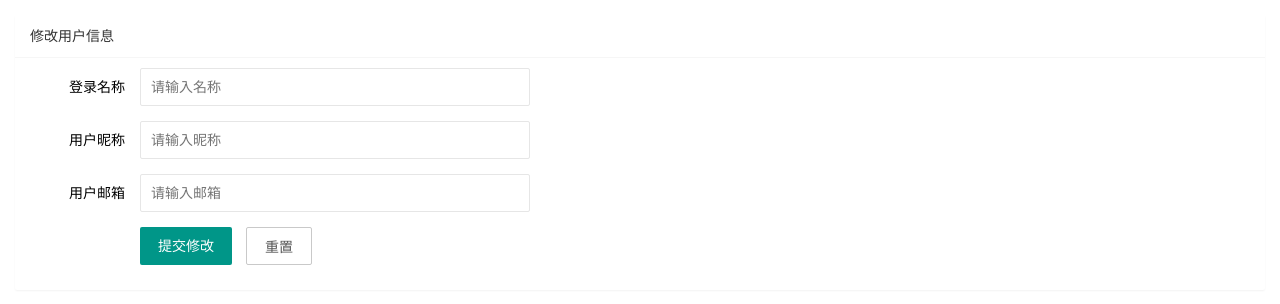
Repository: xxsleep/-
Page: home/user/user_pwd.html
The author's editor kept a copy of each file at every save. The page is drawn from the files as they stood at one save, then again after the next save.
The browser window is 1280 px wide. The pictures show the whole page.
The page's requests for data from a server got no answer.

Above is the page before, as saved 2020-11-25 16:57:12.
Console error: TypeError: Cannot read properties of undefined (reading 'status')

### home/user/user_pwd.html
<!DOCTYPE html>
<html lang="en">

<head>
    <meta charset="UTF-8">
    <meta name="viewport" content="width=device-width, initial-scale=1.0">
    <title>Document</title>
    <link rel="stylesheet" href="/assets/lib/layui/css/layui.css">
    <link rel="stylesheet" href="/assets/css/user/user.css">
</head>

<body>
    <div class="layui-card">
        <div class="layui-card-header">修改用户信息</div>
        <div class="layui-card-body">
            <form class="layui-form" lay-filter="form" id="smBtn">
                <div class="layui-form-item layui-hide">
                    <label class="layui-form-label">id</label>
                    <div class="layui-input-block">
                        <input type="text" name="id" required lay-verify="required" placeholder="请输入名称"
                            autocomplete="off" class="layui-input" readonly>
                    </div>
                </div>
                <div class="layui-form-item">
                    <label class="layui-form-label">登录名称</label>
                    <div class="layui-input-block">
                        <input type="text" name="username" required lay-verify="required" placeholder="请输入名称"
                            autocomplete="off" class="layui-input" readonly>
                    </div>
                </div>
                <div class="layui-form-item">
                    <label class="layui-form-label">用户昵称</label>
                    <div class="layui-input-block">
                        <input type="text" name="nickname" required lay-verify="required" placeholder="请输入昵称"
                            autocomplete="off" class="layui-input">
                    </div>
                </div>
                <div class="layui-form-item">
                    <label class="layui-form-label">用户邮箱</label>
                    <div class="layui-input-block">
                        <input type="text" name="email" required lay-verify="required" placeholder="请输入邮箱"
                            autocomplete="off" class="layui-input">
                    </div>
                </div>
                <div class="layui-form-item">
                    <div class="layui-input-block">
                        <button class="layui-btn" lay-submit lay-filter="formDemo">提交修改</button>
                        <button type="reset" class="layui-btn layui-btn-primary" id="reBtn">重置</button>
                    </div>
                </div>
            </form>
        </div>
    </div>
    <script src="/assets/lib/jquery.js"></script>
    <script src="/assets/js/ajaxBase.js"></script>
    <script src="/assets/lib/layui/layui.all.js"></script>
    <script src="/assets/js/user/user.js"></script>
</body>

</html>

### assets/css/user/user.css
* {
    margin: 0;
    padding: 0;
}

body {
    padding: 15px;
}

.layui-form {
    width: 500px;
}

### assets/js/ajaxBase.js
$.ajaxPrefilter(function (options) {
    // 在每次jQ发送ajax请求前会执行该函数，通过该函数的形参options可以获取到每次ajax的配置项
    // 来修改每次请求的配置项
    options.url = "http://ajax.frontend.itheima.net" + options.url;

    if (options.url.indexOf("/my/") !== -1) {
        // 有 /my/ ==>  需要在请求头中携带 Authorization 身份认证字段
        options.headers = {
            Authorization: localStorage.getItem("token"),
        };
    }

    options.complete = function (xhr) {
        if (xhr.responseJSON.status !== 0 && xhr.responseJSON.message !== '获取用户基本信息成功') {
            localStorage.removeItem('token')
            location.href = '/home/login.html'
        }
    }





});

### assets/js/user/user.js
$(function () {
    let form = layui.form

    function getUser() {
        $.ajax({
            url: '/my/userinfo',
            success: function (res) {
                if (res.status !== 0) {
                    return layer.msg("获取用户基本信息失败！");
                }
                form.val('form', res.data)
            }
        })
    }
    getUser()

    $('#reBtn').click(function (e) {
        e.preventDefault()
        getUser()
    })


    $('#smBtn').submit(function (e) {
        e.preventDefault()
        let data = form.val("form")
        console.log(data);
        $.ajax({
            type: 'POST',
            url: '/my/userinfo',
            data: data,
            success: function (res) {
                if (res.status !== 0) {
                    return lay.msg("修改用户信息失败！")
                }
                getUser()
                window.parent.getIndex()
            }
        })
    })
})

Loaded but not shown: assets/lib/layui/css/layui.css (library); assets/lib/jquery.js (library); assets/lib/layui/layui.all.js (library); assets/lib/layui/css/modules/laydate/default/laydate.css (library); assets/lib/layui/css/modules/layer/default/layer.css (library); assets/lib/layui/css/modules/code.css (common file); assets/css/user/user_pwd.css (no stored copy; drawn as an empty file)

After the next save:
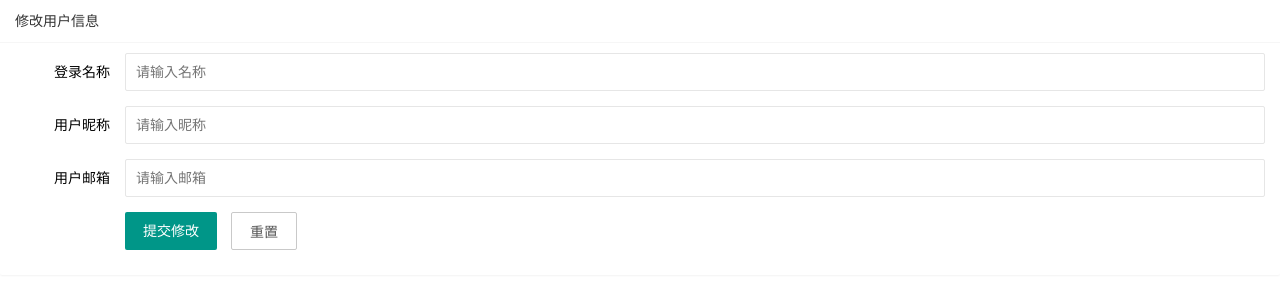
Saved 4 s later.
--- a/home/user/user_pwd.html
+++ b/home/user/user_pwd.html
@@ -6,7 +6,7 @@
     <meta name="viewport" content="width=device-width, initial-scale=1.0">
     <title>Document</title>
     <link rel="stylesheet" href="/assets/lib/layui/css/layui.css">
-    <link rel="stylesheet" href="/assets/css/user/user.css">
+    <link rel="stylesheet" href="/assets/css/user/user_pwd.css">
 </head>
 
 <body>
@@ -14,13 +14,6 @@
         <div class="layui-card-header">修改用户信息</div>
         <div class="layui-card-body">
             <form class="layui-form" lay-filter="form" id="smBtn">
-                <div class="layui-form-item layui-hide">
-                    <label class="layui-form-label">id</label>
-                    <div class="layui-input-block">
-                        <input type="text" name="id" required lay-verify="required" placeholder="请输入名称"
-                            autocomplete="off" class="layui-input" readonly>
-                    </div>
-                </div>
                 <div class="layui-form-item">
                     <label class="layui-form-label">登录名称</label>
                     <div class="layui-input-block">
